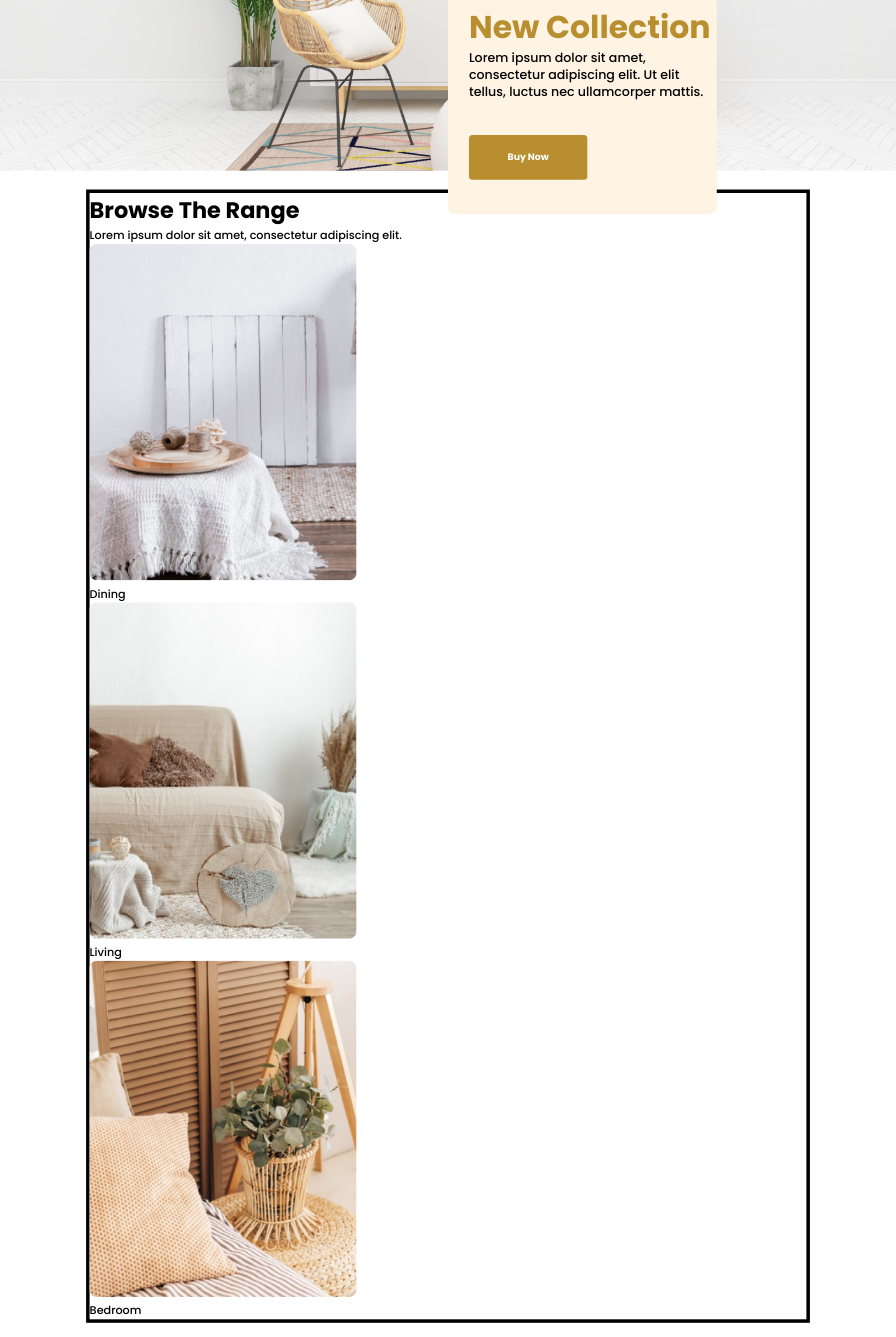
Repository: DT2301/project
Page: index.html
An editor plug-in stored every save of this project. The page is shown before and after the next save, followed by the edit.
The browser window is 1280 px wide. The pictures show the part of the page from y = 494 to 2414 px (the page is 2404 px tall before and 2414 px after), at 70% of full size.
A picture or video elsewhere on the page could not be fetched, so the positions and the page height are approximate.

Above is the page before, as saved 2024-01-07 10:30:09.

After the next save:
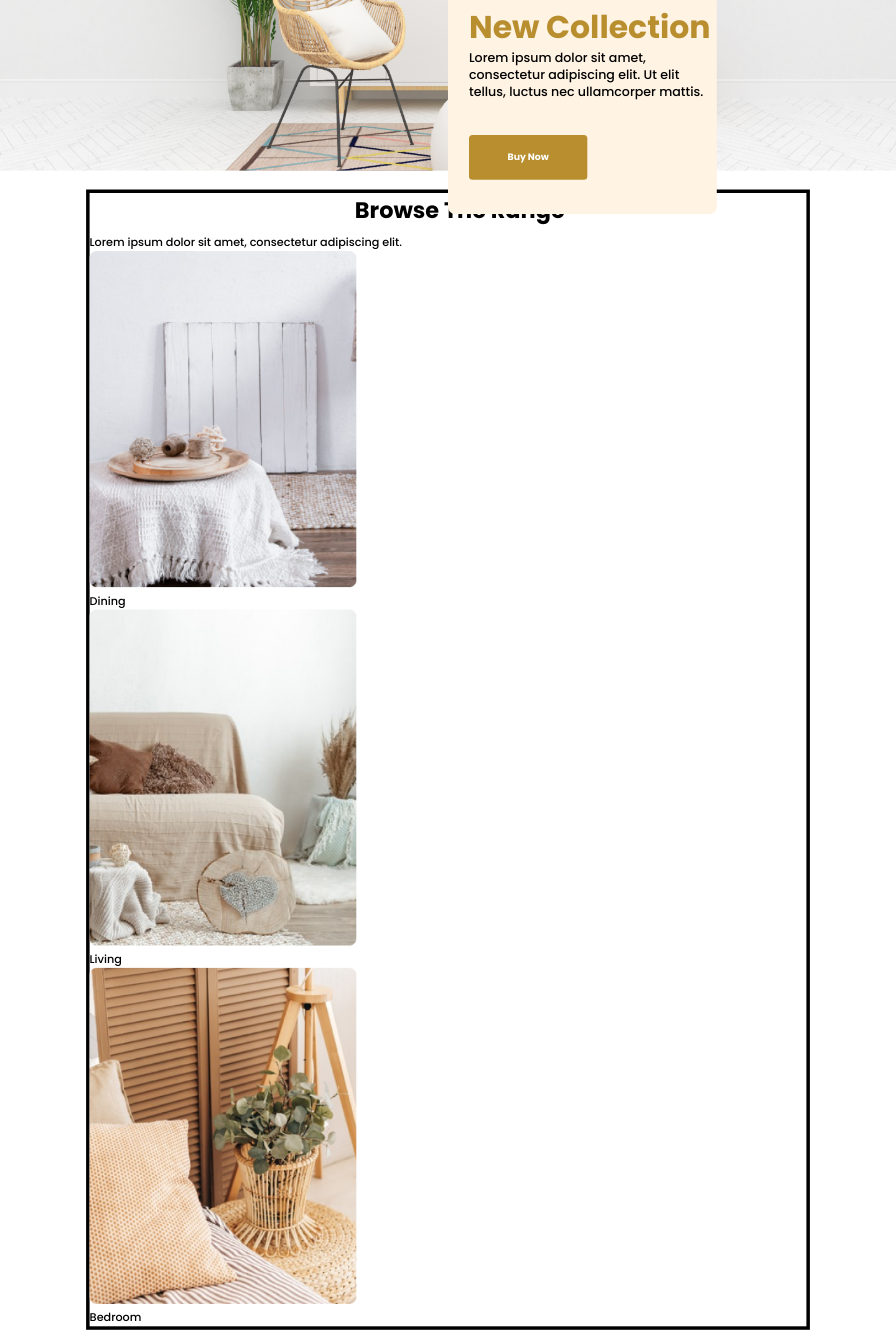
Saved 44 s later.
--- a/style.css
+++ b/style.css
@@ -108,5 +108,6 @@ ul {
     font-size: 32px;
     line-height: 48px;
     font-weight: 700;
-    margin: 0 auto;
+    margin-left: 37%;
+    margin-bottom: 10px;
 }
